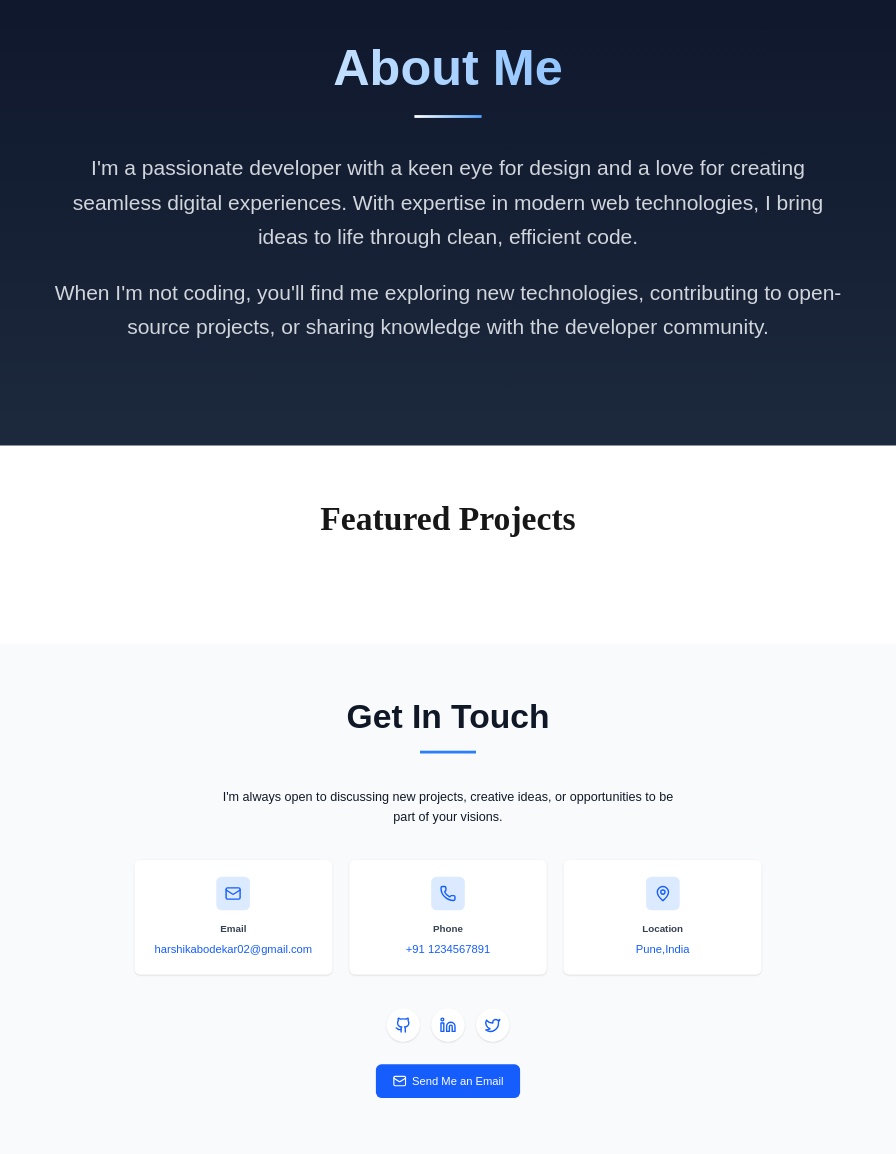
Repository: harshikabodekar/portfolio_awp
Page: /
These files come from the project's save history. The page is drawn as it stood at one moment and after the next save; the edit follows.
The browser window is 1280 px wide. The pictures show the part of the page from y = 869 to 2789 px (the page is 2517 px tall before and 2789 px after), at 70% of full size.
The project was rebuilt for these pictures with package versions that can differ from the ones it lists, and the page was loaded fresh each time. The framework's server and built-in components were replaced by stand-ins that run in the browser. Also part of the build but not shown: next.config.mjs.

Above is the page before, as saved 2025-10-15 20:31:13.

### src/app/layout.js
import "./globals.css";

export const metadata = {
  title: "AWP Portfolio",
  description: "Personal portfolio",
};

export default function RootLayout({ children }) {
  return (
    <html lang="en">
      <body className="antialiased">
        {children}
      </body>
    </html>
  );
}

### src/app/page.js
//import Image from "next/image";
import Navbar from "./components/Navbar";
import React from "react";
import Projects from "./components/Project";
import About from "./components/About";
import Contact from "./components/Contact";
import Hero from "./components/Hero";
import ProjectCard from "./components/ProjectCard";

export default function Home() {
  return (
    <div className="font-sans">
      <Navbar />
      <main className="w-full">
        <Hero />
        <About />
        <Projects />
        <Contact />
      </main>
    </div>
  );
}

### src/app/components/Navbar.js
import React from 'react';

const Navbar = () => {
  return (
    <nav className="bg-gray-900 text-white py-4 px-6 fixed w-full top-0 left-0 z-50 shadow-lg">
      <div className="container mx-auto flex justify-between items-center">
        <h1 className="text-4xl font-bold">My Portfolio</h1>
        <ul className="flex space-x-12 text-2xl">
          <li><a href="#home" className="hover:text-blue-400 transition-colors">Home</a></li>
          <li><a href="#about" className="hover:text-blue-400 transition-colors">About</a></li>
          <li><a href="#skills" className="hover:text-blue-400 transition-colors">Skills</a></li>
          <li><a href="#projects" className="hover:text-blue-400 transition-colors">Projects</a></li>
          <li><a href="#contact" className="hover:text-blue-400 transition-colors">Contact</a></li>
        </ul>
      </div>
    </nav>
  );
};

export default Navbar;

### src/app/components/Project.js
import React from 'react';
import ProjectCard from './ProjectCard';
import { projectsData } from '../data/projects';

const Projects = () => {
  const projects = [
    {
      title: "E-Commerce Platform",
      description: "A full-stack e-commerce solution with payment integration, admin dashboard, and real-time inventory management.",
      tech: ["React", "Node.js", "MongoDB", "Stripe"],
      github: "https://github.com",
      demo: "https://demo.com"
    },
    {
      title: "Task Management App",
      description: "Collaborative task manager with real-time updates, team workspaces, and advanced filtering capabilities.",
      tech: ["Next.js", "TypeScript", "PostgreSQL", "Prisma"],
      github: "https://github.com",
      demo: "https://demo.com"
    },
    {
      title: "Weather Dashboard",
      description: "Real-time weather dashboard with forecasts, interactive maps, and location-based recommendations.",
      tech: ["Vue.js", "Python", "FastAPI", "OpenWeather API"],
      github: "https://github.com",
      demo: "https://demo.com"
    },
    {
      title: "AI Chat Application",
      description: "Intelligent chatbot with natural language processing, context awareness, and custom training capabilities.",
      tech: ["React", "Python", "TensorFlow", "WebSockets"],
      github: "https://github.com",
      demo: "https://demo.com"
    }
  ];

return (
    <section id="projects" className="py-20 bg-gradient-subtle">
      <div className="container mx-auto px-4">
        <div className="max-w-6xl mx-auto">
          <h2 className="text-4xl md:text-5xl font-bold mb-6 text-center font-['Space_Grotesk']">
            Featured Projects
          </h2>
          <div className="w-20 h-1 bg-gradient-accent mx-auto mb-12"></div>


        </div>
      </div>
    </section>
  );
};

export default Projects;

### src/app/components/About.js
import React from 'react';

const About = () => {
  return (
    <section id="about" className="py-20 px-6 bg-gradient-to-b from-slate-900 to-slate-800 text-white">
      <div className="container mx-auto px-4">
        <div className="max-w-6xl mx-auto">
          <h2 className="text-4xl sm:text-5xl md:text-6xl lg:text-7xl font-bold mb-8 text-center bg-gradient-to-r from-white to-blue-400 bg-clip-text text-transparent">
            About Me
          </h2>
          <div className="w-24 h-1 bg-gradient-to-r from-white to-blue-400 mx-auto mb-12"></div>

          <div className="mb-16 text-center">
            <p className="text-xl sm:text-2xl md:text-3xl text-gray-300 leading-relaxed mb-8">
              I'm a passionate developer with a keen eye for design and a love for creating
              seamless digital experiences. With expertise in modern web technologies, I bring
              ideas to life through clean, efficient code.
            </p>
            <p className="text-xl sm:text-2xl md:text-3xl text-gray-300 leading-relaxed">
              When I'm not coding, you'll find me exploring new technologies, contributing to
              open-source projects, or sharing knowledge with the developer community.
            </p>

          </div>

          </div>
      </div>
    </section>
  );
};

export default About;

### src/app/components/Contact.js
"use client";
import { Mail, Phone, MapPin, Github, Linkedin, Twitter } from 'lucide-react';

const Contact = () => {
  const contactInfo = [
    { icon: Mail, label: 'Email', value: 'harshikabodekar02@gmail.com', href: 'mailto:your.email@example.com' },
    { icon: Phone, label: 'Phone', value: '+91 1234567891', href: 'tel:+911234567891' },
    { icon: MapPin, label: 'Location', value: 'Pune,India', href: '#' },
  ];

  const socialLinks = [
    { icon: Github, label: 'GitHub', href: 'https://github.com/harshikabodekar' },
    { icon: Linkedin, label: 'LinkedIn', href: 'https://linkedin.com' },
    { icon: Twitter, label: 'Twitter', href: 'https://twitter.com' },
  ];

  return (
    <section id="contact" className="py-20 bg-gray-50 text-gray-900">
      <div className="container mx-auto px-4">
        <div className="max-w-4xl mx-auto">
          <h2 className="text-4xl md:text-5xl font-bold mb-6 text-center">Get In Touch</h2>
          <div className="w-20 h-1 bg-blue-500 mx-auto mb-12"></div>

          <p className="text-center text-lg mb-12 max-w-2xl mx-auto">
            I'm always open to discussing new projects, creative ideas, or opportunities to be part of your visions.
          </p>

          <div className="grid md:grid-cols-3 gap-6 mb-12">
            {contactInfo.map((info, index) => {
              const IconComponent = info.icon;
              return (
                <div key={index} className="bg-white p-6 rounded-lg shadow text-center hover:shadow-lg transition-shadow">
                  <div className="inline-flex p-3 bg-blue-100 rounded-lg mb-4">
                    <IconComponent className="w-6 h-6 text-blue-600" />
                  </div>
                  <h3 className="text-sm font-semibold mb-2 text-gray-700">{info.label}</h3>
                  <a href={info.href} className="text-blue-600 hover:text-blue-800 transition-colors">{info.value}</a>
                </div>
              );
            })}
          </div>

          <div className="text-center">
            <div className="flex justify-center gap-4 mb-8">
              {socialLinks.map((social, i) => {
                const SocialIcon = social.icon;
                return (
                  <a
                    key={i}
                    href={social.href}
                    target="_blank"
                    rel="noreferrer"
                    className="p-3 bg-white rounded-full shadow hover:shadow-lg transition-all hover:bg-blue-600 hover:text-white group"
                    aria-label={social.label}
                  >
                    <SocialIcon className="w-6 h-6 text-blue-600 group-hover:text-white transition-colors" />
                  </a>
                );
              })}
            </div>

            <div className="text-center">
              <a href="mailto:your.email@example.com" className="inline-flex items-center gap-2 px-6 py-3 bg-blue-600 text-white rounded-lg hover:bg-blue-700 transition-colors">
                <Mail className="w-5 h-5" />
                Send Me an Email
              </a>
            </div>
          </div>
        </div>
      </div>
    </section>
  );
};

export default Contact;

### src/app/components/Hero.js
"use client";
import React from 'react';
import { Github, Linkedin, Mail } from 'lucide-react';

const Hero = () => {
  return (
    <section id="home" className="relative w-full min-h-screen flex items-center justify-center bg-gradient-to-b from-slate-800 to-slate-900 text-white pt-20">
      <div className="w-full px-4 sm:px-6 lg:px-8 py-12 sm:py-16 md:py-20 relative z-10">
        <div className="max-w-6xl mx-auto text-center">
          <div className="mb-6 sm:mb-8 flex justify-center">
            <div className="w-32 h-32 sm:w-40 sm:h-40 md:w-48 md:h-48 rounded-full bg-gray-300 dark:bg-gray-600 border-4 border-white flex items-center justify-center text-xl sm:text-2xl font-bold text-gray-800">HB</div>
          </div>



          <h1 className="text-4xl sm:text-4xl md:text-5xl lg:text-6xl xl:text-7xl font-bold mb-4 sm:mb-6 bg-gradient-to-r from-white to-blue-400 bg-clip-text text-transparent px-4">
            Harshika Bodekar
          </h1>

          <p className="text-base sm:text-lg md:text-xl lg:text-3xl text-gray-300 mb-6 sm:mb-8 font-light px-4">
            Computer Science Student | Frontend Developer
          </p>

          <p className="text-sm sm:text-base md:text-2xl text-gray-400 mb-8 sm:mb-12 max-w-2xl mx-auto leading-relaxed px-4">
            Crafting elegant digital experiences with modern technologies.
            Passionate about clean code, intuitive design, and building products that make a difference.
          </p>

          {/* <div className="flex flex-col sm:flex-row flex-wrap gap-4 justify-center mb-8 sm:mb-12 px-4">
            <button onClick={() => {}} className="px-6 py-3 bg-white text-slate-900 rounded-full font-medium hover:bg-gray-100 transition-colors w-full sm:w-auto">View My Work</button>
            <button onClick={() => {}} className="px-6 py-3 border-2 border-white text-white rounded-full hover:bg-white hover:text-slate-900 transition-colors w-full sm:w-auto">Get In Touch</button>
          </div> */}

          <div className="flex flex-wrap gap-4 sm:gap-6 justify-center px-4">
            <a
              href="https://github.com/harshikabodekar"
              target="_blank"
              rel="noopener noreferrer"
              className="p-3 bg-white/10 rounded-full hover:bg-white/20 transition-all group"
              aria-label="GitHub"
            >
              <Github className="w-6 h-6 sm:w-8 sm:h-8 text-white group-hover:text-blue-400 transition-colors" />
            </a>
            <a
              href="https://linkedin.com/in/harshikabodekar"
              target="_blank"
              rel="noopener noreferrer"
              className="p-3 bg-white/10 rounded-full hover:bg-white/20 transition-all group"
              aria-label="LinkedIn"
            >
              <Linkedin className="w-6 h-6 sm:w-8 sm:h-8 text-white group-hover:text-blue-400 transition-colors" />
            </a>
            <a
              href="mailto:harshikabodekar02@gmail.com"
              className="p-3 bg-white/10 rounded-full hover:bg-white/20 transition-all group"
              aria-label="Email"
            >
              <Mail className="w-6 h-6 sm:w-8 sm:h-8 text-white group-hover:text-blue-400 transition-colors" />
            </a>
          </div>
        </div>
      </div>

      <div className="hidden sm:block absolute bottom-10 left-1/2 -translate-x-1/2">
        <div className="w-6 h-10 border-2 border-white rounded-full flex justify-center">
          <div className="w-1 h-3 bg-white rounded-full mt-2 animate-pulse"></div>
        </div>
      </div>
    </section>
  );
};

export default Hero;

### src/app/data/projects.js
export const projectsData = [
  {
    id: '1',
    title: 'Sample Project One',
    description: 'A short description of project one.',
    link: 'https://example.com',
  },
  {
    id: '2',
    title: 'Sample Project Two',
    description: 'A short description of project two.',
    link: 'https://example.com',
  },
];

### src/app/components/ProjectCard.js
import React from 'react';

export default function ProjectCard({ project = {} }) {
  return (
    <article className="bg-white text-black rounded-lg p-4 shadow-md">
      <h3 className="font-semibold text-lg mb-2">Anandam project|| "Untitled Project"</h3>
      <p className="text-sm mb-4">project.description || "An event managent site that manages the event."</p>
      {project.link && (
        <a
          className="text-blue-600 underline"
          href={project.link}
          target="_blank"
          rel="noreferrer"
        >
          View
        </a>
      )}
    </article>
  );
}

Loaded but not shown: src/app/globals.css (common file)

After the next save:
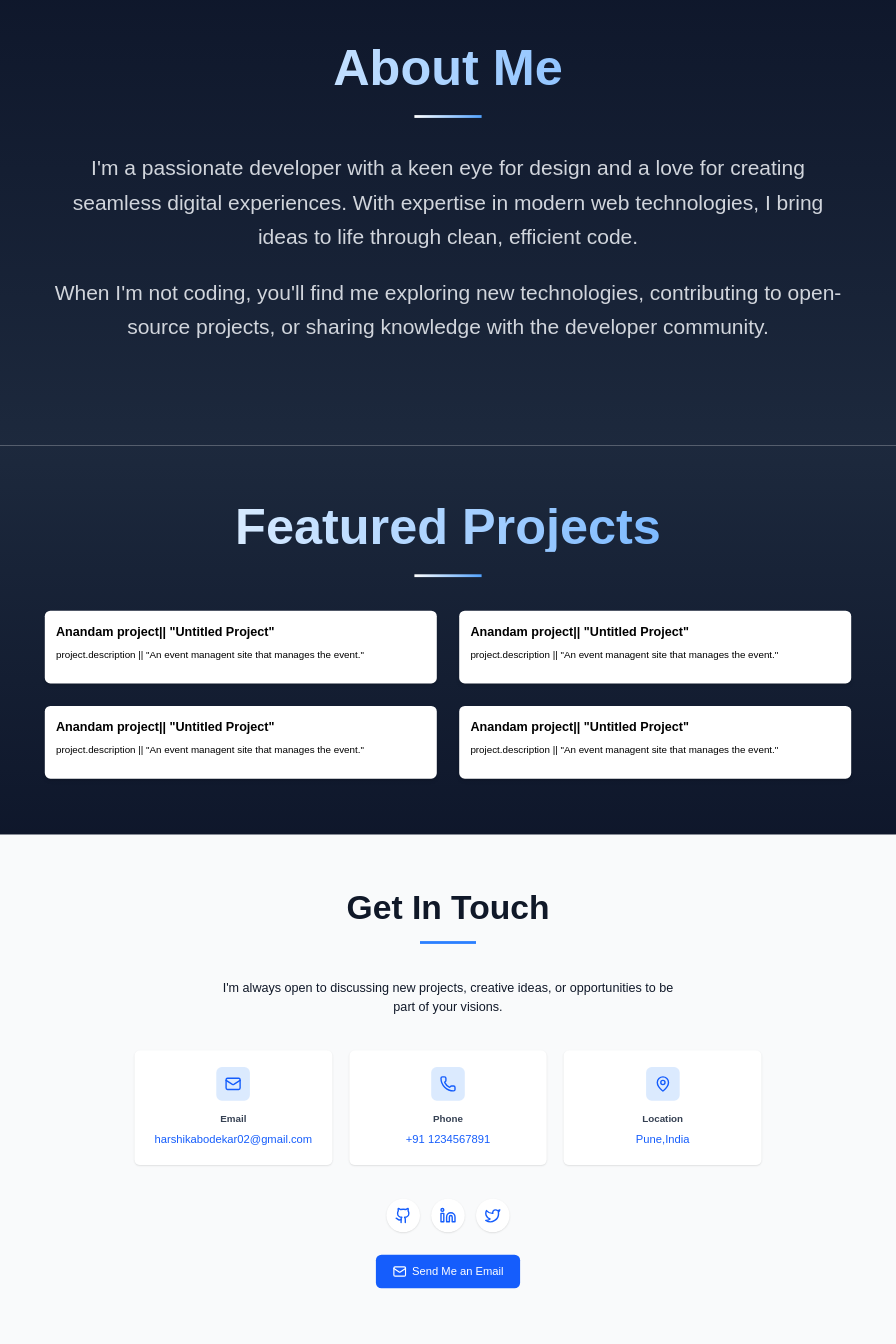
Saved 113 s later.
--- a/src/app/components/Project.js
+++ b/src/app/components/Project.js
@@ -35,15 +35,19 @@ const Projects = () => {
   ];
 
 return (
-    <section id="projects" className="py-20 bg-gradient-subtle">
+    <section id="projects" className="py-20 px-6 bg-gradient-to-b from-slate-800 to-slate-900 text-white">
       <div className="container mx-auto px-4">
         <div className="max-w-6xl mx-auto">
-          <h2 className="text-4xl md:text-5xl font-bold mb-6 text-center font-['Space_Grotesk']">
+          <h2 className="text-4xl sm:text-5xl md:text-6xl lg:text-7xl font-bold mb-8 text-center bg-gradient-to-r from-white to-blue-400 bg-clip-text text-transparent">
             Featured Projects
           </h2>
-          <div className="w-20 h-1 bg-gradient-accent mx-auto mb-12"></div>
+          <div className="w-24 h-1 bg-gradient-to-r from-white to-blue-400 mx-auto mb-12"></div>
 
-
+          <div className="grid md:grid-cols-2 gap-6 lg:gap-8">
+            {projects.map((project, index) => (
+              <ProjectCard key={index} project={project} />
+            ))}
+          </div>
         </div>
       </div>
     </section>
